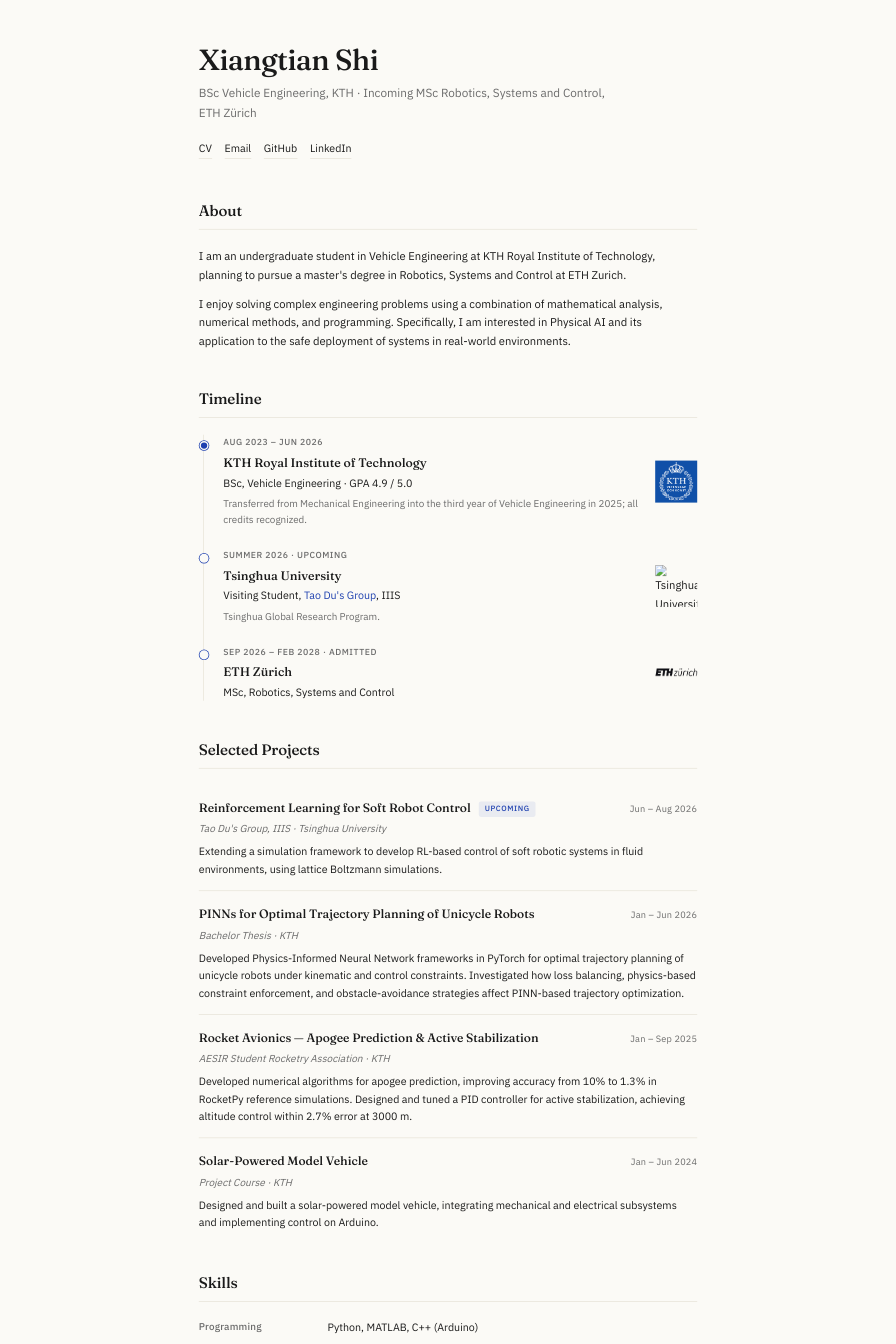
Repository: xitisch/xitisch.github.io
Page: index.html
These files come from the project's save history. The page is drawn as it stood at one moment and after the next save; the edit follows.
The browser window is 1280 px wide. The pictures show the part of the page from y = 0 to 1920 px (the page is 2849 px tall before and 2807 px after), at 70% of full size.

Above is the page before, as saved 2026-06-08 02:18:42.
Not found: images/tsinghua.png

### index.html
<!doctype html>
<html lang="en">
<head>
  <meta charset="UTF-8">
  <meta name="viewport" content="width=device-width, initial-scale=1.0">
  <link rel="stylesheet" href="style.css">
  <title>Xiangtian Shi</title>
</head>
<body>
  <div class="container">

    <header>
      <h1>Xiangtian Shi</h1>
      <p class="tagline">BSc Vehicle Engineering, KTH &middot; Incoming MSc Robotics, Systems and Control, ETH&nbsp;Zürich</p>
      <nav class="header-links">
        <a href="XiangtianShi_CV.pdf" target="_blank">CV</a>
        <a href="mailto:xiangtian.shi@outlook.com">Email</a>
        <a href="https://github.com/xitisch">GitHub</a>
        <a href="https://www.linkedin.com/in/xiangtian-shi-5ab47428b/">LinkedIn</a>
      </nav>
    </header>

    <section>
      <h2>About</h2>
      <p>
      I am an undergraduate student in Vehicle Engineering at KTH Royal Institute of Technology, planning to pursue a master's degree in Robotics, Systems and Control at ETH Zurich.
      </p>
      <p>
      I enjoy solving complex engineering problems using a combination of mathematical analysis, numerical methods, and programming. Specifically, I am interested in Physical AI and its application to the safe deployment of systems in real-world environments.
      </p>
    </section>

    <section>
      <h2>Timeline</h2>
      <div class="timeline">

        <div class="timeline-item">
          <div class="timeline-item-text">
            <div class="timeline-date">Aug 2023 &ndash; Jun 2026</div>
            <div class="timeline-title">KTH Royal Institute of Technology</div>
            <div class="timeline-meta">BSc, Vehicle Engineering &middot; GPA 4.9 / 5.0</div>
            <div class="timeline-note">Transferred from Mechanical Engineering into the third year of Vehicle Engineering in 2025; all credits recognized.</div>
          </div>
          <img class="timeline-logo" src="images/kth.jpg" alt="KTH logo">
        </div>

        <div class="timeline-item future">
          <div class="timeline-item-text">
            <div class="timeline-date">Summer 2026 &middot; Upcoming</div>
            <div class="timeline-title">Tsinghua University</div>
            <div class="timeline-meta">Visiting Student, <a href="https://people.iiis.tsinghua.edu.cn/~taodu/">Tao Du's Group</a>, IIIS</div>
            <div class="timeline-note">Tsinghua Global Research Program.</div>
          </div>
          <img class="timeline-logo" src="images/tsinghua.png" alt="Tsinghua University logo">
        </div>

        <div class="timeline-item future">
          <div class="timeline-item-text">
            <div class="timeline-date">Sep 2026 &ndash; Feb 2028 &middot; Admitted</div>
            <div class="timeline-title">ETH Zürich</div>
            <div class="timeline-meta">MSc, Robotics, Systems and Control</div>
          </div>
          <img class="timeline-logo" src="images/eth.png" alt="ETH Zürich logo">
        </div>

      </div>
    </section>

    <section>
      <h2>Selected Projects</h2>

      <article class="project">
        <div class="project-header">
          <h3 class="project-title">Reinforcement Learning for Soft Robot Control <span class="tag">Upcoming</span></h3>
          <div class="project-date">Jun &ndash; Aug 2026</div>
        </div>
        <div class="project-affiliation">Tao Du's Group, IIIS &middot; Tsinghua University</div>
        <p class="project-description">
          Extending a simulation framework to develop RL-based control of soft robotic systems in fluid environments, using lattice Boltzmann simulations.
        </p>
      </article>

      <article class="project">
        <div class="project-header">
          <h3 class="project-title">PINNs for Optimal Trajectory Planning of Unicycle Robots</h3>
          <div class="project-date">Jan &ndash; Jun 2026</div>
        </div>
        <div class="project-affiliation">Bachelor Thesis &middot; KTH</div>
        <p class="project-description">
          Developed Physics-Informed Neural Network frameworks in PyTorch for optimal trajectory planning of unicycle robots under kinematic and control constraints. Investigated how loss balancing, physics-based constraint enforcement, and obstacle-avoidance strategies affect PINN-based trajectory optimization.
        </p>
      </article>

      <article class="project">
        <div class="project-header">
          <h3 class="project-title">Rocket Avionics &mdash; Apogee Prediction &amp; Active Stabilization</h3>
          <div class="project-date">Jan &ndash; Sep 2025</div>
        </div>
        <div class="project-affiliation">AESIR Student Rocketry Association &middot; KTH</div>
        <p class="project-description">
          Developed numerical algorithms for apogee prediction, improving accuracy from 10% to 1.3% in RocketPy reference simulations. Designed and tuned a PID controller for active stabilization, achieving altitude control within 2.7% error at 3000&nbsp;m.
        </p>
      </article>

      <article class="project">
        <div class="project-header">
          <h3 class="project-title">Solar-Powered Model Vehicle</h3>
          <div class="project-date">Jan &ndash; Jun 2024</div>
        </div>
        <div class="project-affiliation">Project Course &middot; KTH</div>
        <p class="project-description">
          Designed and built a solar-powered model vehicle, integrating mechanical and electrical subsystems and implementing control on Arduino.
        </p>
      </article>

    </section>

    <section>
      <h2>Skills</h2>
      <dl class="skills-grid">
        <dt>Programming</dt>
        <dd>Python, MATLAB, C++ (Arduino)</dd>

        <dt>Frameworks &amp; Tools</dt>
        <dd>PyTorch, Git, ANSYS, Solid Edge</dd>

        <dt>Areas</dt>
        <dd>Control systems, numerical methods, physics-informed ML, reinforcement learning, optimization</dd>

        <dt>Languages</dt>
        <dd>Norwegian (native), Chinese (native), English (fluent, IELTS 7.5), Swedish (B2)</dd>
      </dl>
    </section>

    <section>
      <h2>Teaching</h2>

      <article class="project">
        <div class="project-header">
          <h3 class="project-title">Teaching Assistant &mdash; Electrical Engineering</h3>
          <div class="project-date">Oct 2025 &ndash; Jun 2026</div>
        </div>
        <div class="project-affiliation">Unit of Mechatronics &middot; KTH</div>
        <p class="project-description">
          Laboratory instruction in circuit theory, signal processing, and mechatronics for undergraduate students.
        </p>
      </article>

      <article class="project">
        <div class="project-header">
          <h3 class="project-title">Mathematics Tutor</h3>
          <div class="project-date">May 2023 &ndash; Jan 2025</div>
        </div>
        <div class="project-affiliation">MentorNorge AS &middot; Norway</div>
        <p class="project-description">
          Individualized tutoring in mathematics across secondary and university-preparatory levels.
        </p>
      </article>

    </section>

    <section>
      <h2>Beyond Engineering</h2>
      <p>
        Outside of work I play violin (10+ years, former regional competition winner) and table tennis (regional club), and spend as much time as possible hiking, skiing, and running &mdash; most recently the Stockholm Half Marathon 2025. From 2019 to 2022 I competed in esports; my team won the PUBG Mobile Pro League Western Europe 2021 Spring Season among 16 professional teams.
      </p>
    </section>

    <footer>
      <p>Oslo, Norway &middot; <a href="mailto:xiangtian.shi@outlook.com">xiangtian.shi@outlook.com</a></p>
    </footer>

  </div>
</body>
</html>

### style.css
@import url('https://fonts.googleapis.com/css2?family=Fraunces:opsz,wght@9..144,400;9..144,500;9..144,600&family=IBM+Plex+Sans:wght@400;500;600&display=swap');

:root {
  --bg: #fbfaf6;
  --text: #1a1a1a;
  --text-muted: #6b6b6b;
  --border: #e7e3d7;
  --accent: #1e40af;
  --accent-soft: rgba(30, 64, 175, 0.08);
  --serif: 'Fraunces', Georgia, serif;
  --sans: 'IBM Plex Sans', -apple-system, BlinkMacSystemFont, sans-serif;
}

* { box-sizing: border-box; }

html { -webkit-text-size-adjust: 100%; }

body {
  font-family: var(--sans);
  background: var(--bg);
  color: var(--text);
  line-height: 1.65;
  margin: 0;
  font-size: 16px;
  -webkit-font-smoothing: antialiased;
  -moz-osx-font-smoothing: grayscale;
}

.container {
  max-width: 760px;
  margin: 0 auto;
  padding: 64px 24px 80px;
}

/* ---------- Typography ---------- */

h1 {
  font-family: var(--serif);
  font-weight: 500;
  font-size: 2.6rem;
  line-height: 1.05;
  margin: 0 0 0.3em;
  letter-spacing: -0.02em;
}

h2 {
  font-family: var(--serif);
  font-weight: 500;
  font-size: 1.35rem;
  margin: 0 0 1.1em;
  letter-spacing: -0.01em;
  padding-bottom: 0.4em;
  border-bottom: 1px solid var(--border);
}

h3 {
  margin: 0;
  font-weight: 500;
  font-size: 1rem;
}

p { margin: 0 0 1em; }

a {
  color: var(--accent);
  text-decoration: none;
  border-bottom: 1px solid transparent;
  transition: border-color 0.15s ease;
}

a:hover { border-bottom-color: var(--accent); }

/* ---------- Header ---------- */

header { margin-bottom: 56px; }

.tagline {
  color: var(--text-muted);
  font-size: 1.05rem;
  margin: 0 0 1.4em;
  max-width: 60ch;
}

.header-links {
  display: flex;
  flex-wrap: wrap;
  gap: 18px;
  font-size: 0.95rem;
}

.header-links a {
  color: var(--text);
  border-bottom: 1px solid var(--border);
  padding-bottom: 2px;
}

.header-links a:hover {
  border-bottom-color: var(--accent);
  color: var(--accent);
}

/* ---------- Sections ---------- */

section { margin-bottom: 52px; }

/* ---------- Timeline ---------- */

.timeline {
  position: relative;
  margin-left: 6px;
  padding-left: 28px;
  border-left: 1px solid var(--border);
}

.timeline-item {
  position: relative;
  margin-bottom: 28px;
  display: flex;
  align-items: center;
  gap: 24px;
}

.timeline-item-text {
  flex: 1 1 auto;
  min-width: 0;
}

.timeline-logo {
  width: 60px;
  height: 60px;
  object-fit: contain;
  flex-shrink: 0;
}

.timeline-item:last-child { margin-bottom: 0; }

.timeline-item::before {
  content: '';
  position: absolute;
  left: -34px;
  top: 9px;
  width: 9px;
  height: 9px;
  background: var(--accent);
  border-radius: 50%;
  border: 2px solid var(--bg);
  box-shadow: 0 0 0 1px var(--accent);
}

.timeline-item.future::before {
  background: var(--bg);
  box-shadow: 0 0 0 1px var(--accent);
}

.timeline-date {
  font-size: 0.78rem;
  color: var(--text-muted);
  font-weight: 500;
  letter-spacing: 0.06em;
  text-transform: uppercase;
  margin-bottom: 4px;
}

.timeline-title {
  font-family: var(--serif);
  font-size: 1.1rem;
  font-weight: 500;
  margin-bottom: 2px;
}

.timeline-meta {
  color: var(--text);
  font-size: 0.95rem;
}

.timeline-note {
  margin-top: 6px;
  font-size: 0.88rem;
  color: var(--text-muted);
}

/* ---------- Projects / Experience entries ---------- */

.project {
  padding: 18px 0;
  border-bottom: 1px solid var(--border);
}

.project:first-child { padding-top: 4px; }
.project:last-child { border-bottom: none; padding-bottom: 4px; }

.project-header {
  display: flex;
  justify-content: space-between;
  align-items: baseline;
  gap: 16px;
  margin-bottom: 4px;
  flex-wrap: wrap;
}

.project-title {
  font-family: var(--serif);
  font-size: 1.08rem;
  font-weight: 500;
  flex: 1 1 auto;
  min-width: 0;
}

.project-date {
  font-size: 0.82rem;
  color: var(--text-muted);
  white-space: nowrap;
  letter-spacing: 0.02em;
}

.project-affiliation {
  color: var(--text-muted);
  font-size: 0.9rem;
  margin-bottom: 8px;
  font-style: italic;
}

.project-description {
  margin: 0;
  font-size: 0.95rem;
}

.tag {
  display: inline-block;
  font-family: var(--sans);
  font-size: 0.68rem;
  padding: 2px 8px;
  background: var(--accent-soft);
  color: var(--accent);
  border-radius: 3px;
  margin-left: 8px;
  font-weight: 500;
  letter-spacing: 0.08em;
  text-transform: uppercase;
  vertical-align: middle;
  font-style: normal;
}

/* ---------- Skills ---------- */

.skills-grid {
  display: grid;
  grid-template-columns: 160px 1fr;
  gap: 14px 24px;
  margin: 0;
}

.skills-grid dt {
  font-weight: 500;
  color: var(--text-muted);
  font-size: 0.88rem;
  letter-spacing: 0.02em;
}

.skills-grid dd {
  margin: 0;
  font-size: 0.95rem;
}

/* ---------- Footer ---------- */

footer {
  margin-top: 72px;
  padding-top: 24px;
  border-top: 1px solid var(--border);
  font-size: 0.85rem;
  color: var(--text-muted);
}

footer a { color: var(--text-muted); }
footer a:hover { color: var(--accent); }

/* ---------- Responsive ---------- */

@media (max-width: 600px) {
  .container { padding: 40px 20px 60px; }
  h1 { font-size: 2.05rem; }
  h2 { font-size: 1.2rem; }

  .skills-grid {
    grid-template-columns: 1fr;
    gap: 2px 0;
  }
  .skills-grid dt { margin-top: 10px; }
  .skills-grid dt:first-child { margin-top: 0; }

  .project-header {
    flex-direction: column;
    align-items: flex-start;
    gap: 2px;
  }
  .project-date { font-size: 0.78rem; }

  .timeline { padding-left: 22px; }
  .timeline-item::before { left: -28px; }
  .timeline-item { gap: 16px; }
  .timeline-logo { width: 48px; height: 48px; }
}

After the next save:
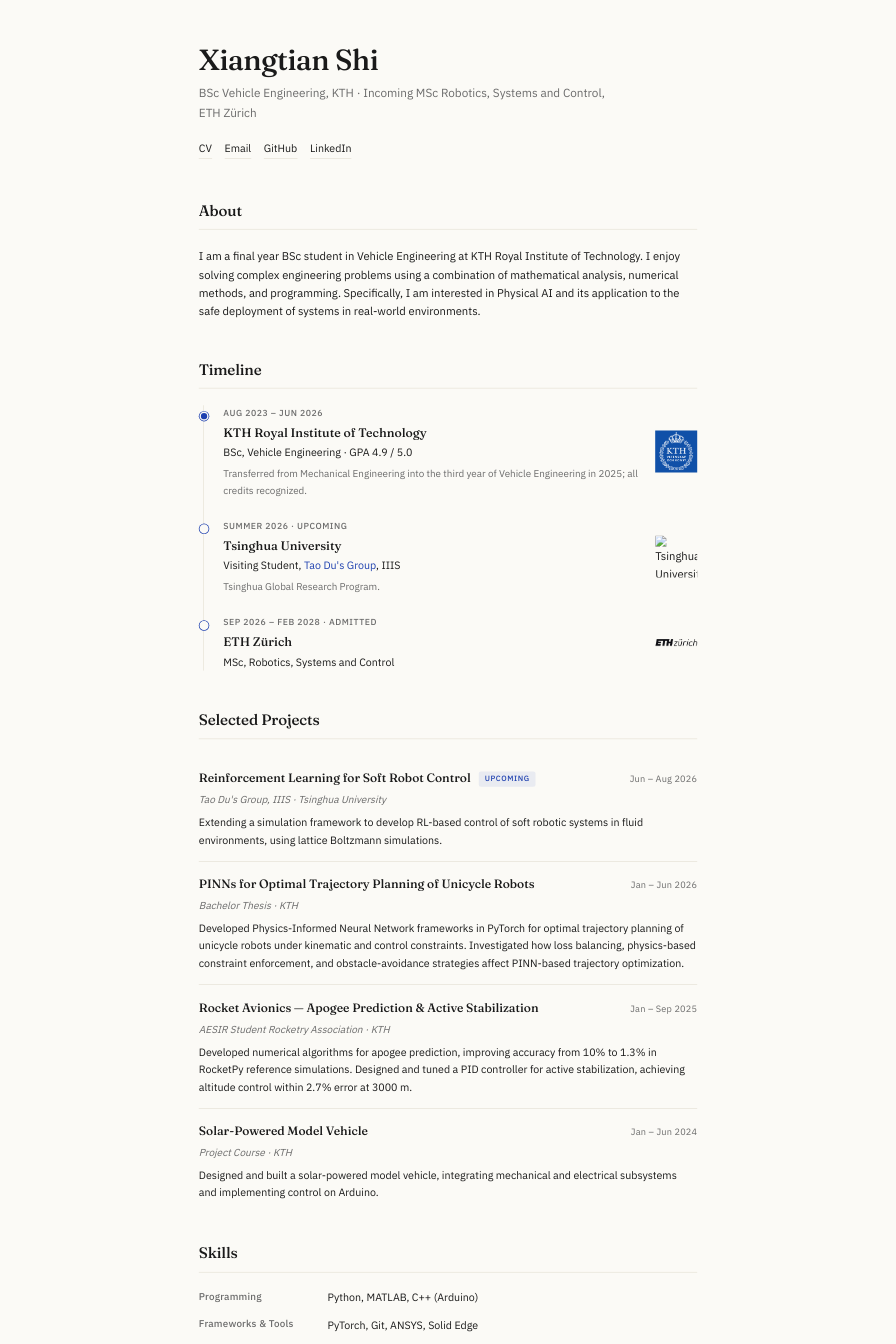
Saved 60 s later.
--- a/index.html
+++ b/index.html
@@ -23,10 +23,7 @@
     <section>
       <h2>About</h2>
       <p>
-      I am an undergraduate student in Vehicle Engineering at KTH Royal Institute of Technology, planning to pursue a master's degree in Robotics, Systems and Control at ETH Zurich.
-      </p>
-      <p>
-      I enjoy solving complex engineering problems using a combination of mathematical analysis, numerical methods, and programming. Specifically, I am interested in Physical AI and its application to the safe deployment of systems in real-world environments.
+      I am a final year BSc student in Vehicle Engineering at KTH Royal Institute of Technology. I enjoy solving complex engineering problems using a combination of mathematical analysis, numerical methods, and programming. Specifically, I am interested in Physical AI and its application to the safe deployment of systems in real-world environments.
       </p>
     </section>
 
